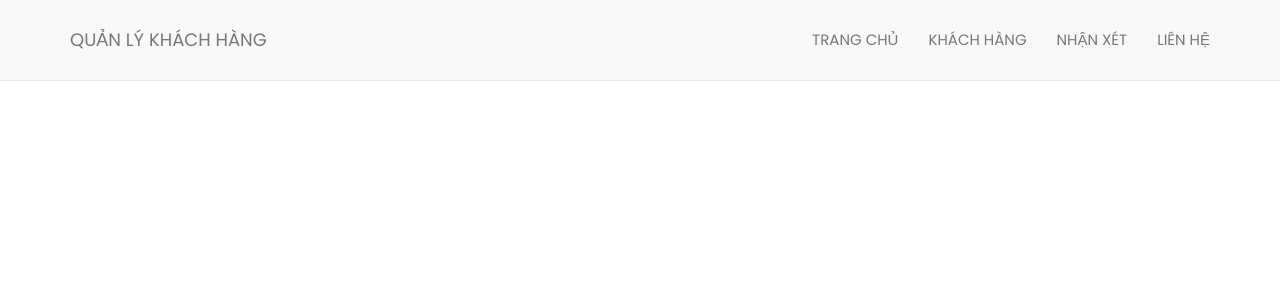
Repository: huutien1904/bt2-ltw
Page: index.html
These files come from the project's save history. The page is drawn as it stood at one moment and after the next save; the edit follows.
The browser window is 1280 px wide. The pictures show the whole page.

Above is the page before, as saved 2021-11-03 21:09:07.

### index.html
<!DOCTYPE html>
<html lang="en">
<head>
    <meta charset="UTF-8">
    <meta http-equiv="X-UA-Compatible" content="IE=edge">
    <meta name="viewport" content="width=device-width, initial-scale=1.0">
    <title>Quản Lý Khách Hàng</title>
    <link rel="stylesheet" href="https://maxcdn.bootstrapcdn.com/bootstrap/3.4.1/css/bootstrap.min.css">
    <link href="https://fonts.googleapis.com/css?family=Montserrat" rel="stylesheet" type="text/css">
    <link href="https://fonts.googleapis.com/css?family=Lato" rel="stylesheet" type="text/css">
    <!-- style -->
    <link rel="stylesheet" href="./style.css">
    <!-- font Poppins -->
    <link rel="preconnect" href="https://fonts.googleapis.com">
    <link rel="preconnect" href="https://fonts.gstatic.com" crossorigin>
    <link href="https://fonts.googleapis.com/css2?family=Poppins:wght@100;200;300;400;500;600;700;800;900&display=swap" rel="stylesheet">
    <!-- javacript boostrap -->
    <script src="https://ajax.googleapis.com/ajax/libs/jquery/3.5.1/jquery.min.js"></script>
    <script src="https://maxcdn.bootstrapcdn.com/bootstrap/3.4.1/js/bootstrap.min.js"></script>
</head>
<body>
    <nav class="navbar navbar-default navbar-fixed-top">
        <div class="container">
          <div class="navbar-header">
            <a class="navbar-brand" href="#myPage">QUẢN LÝ KHÁCH HÀNG</a>
          </div>
          <div class="collapse navbar-collapse" id="myNavbar">
            <ul class="nav navbar-nav navbar-right">
              <li><a href="#about">TRANG CHỦ</a></li>
              <li><a href="#services">KHÁCH HÀNG</a></li>
              <li><a href="#pricing">NHẬN XÉT</a></li>
              <li><a href="#contact">LIÊN HỆ</a></li>
            </ul>
          </div>
        </div>
    </nav>
</body>
</html>

### style.css
*{
  font-family: 'Poppins', sans-serif;
}
:root {
  --primary-color: #0f9d58;
  --backgound-color: #f0f3f7;
  --secon-color: #9da2ad;
  --grey: #7a7a7a;
  --white: #ffffff;
}
body {
  font: 400 15px Lato, sans-serif;
  line-height: 1.8;
  color: #818181;
}
.navbar-default{
  padding: 15px;
}
.navbar-brand{
  font-weight: 400;
}

After the next save:
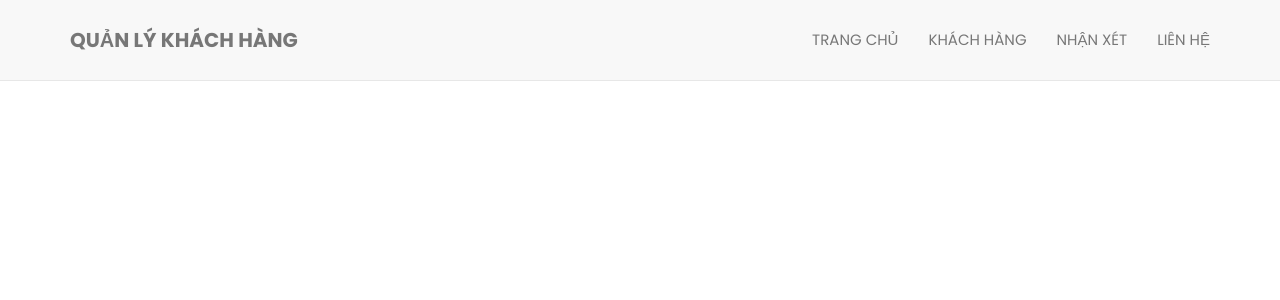
Saved 60 s later.
--- a/style.css
+++ b/style.css
@@ -17,5 +17,6 @@ body {
   padding: 15px;
 }
 .navbar-brand{
-  font-weight: 400;
+  font-weight: 700;
+  font-size: 20px;
 }
